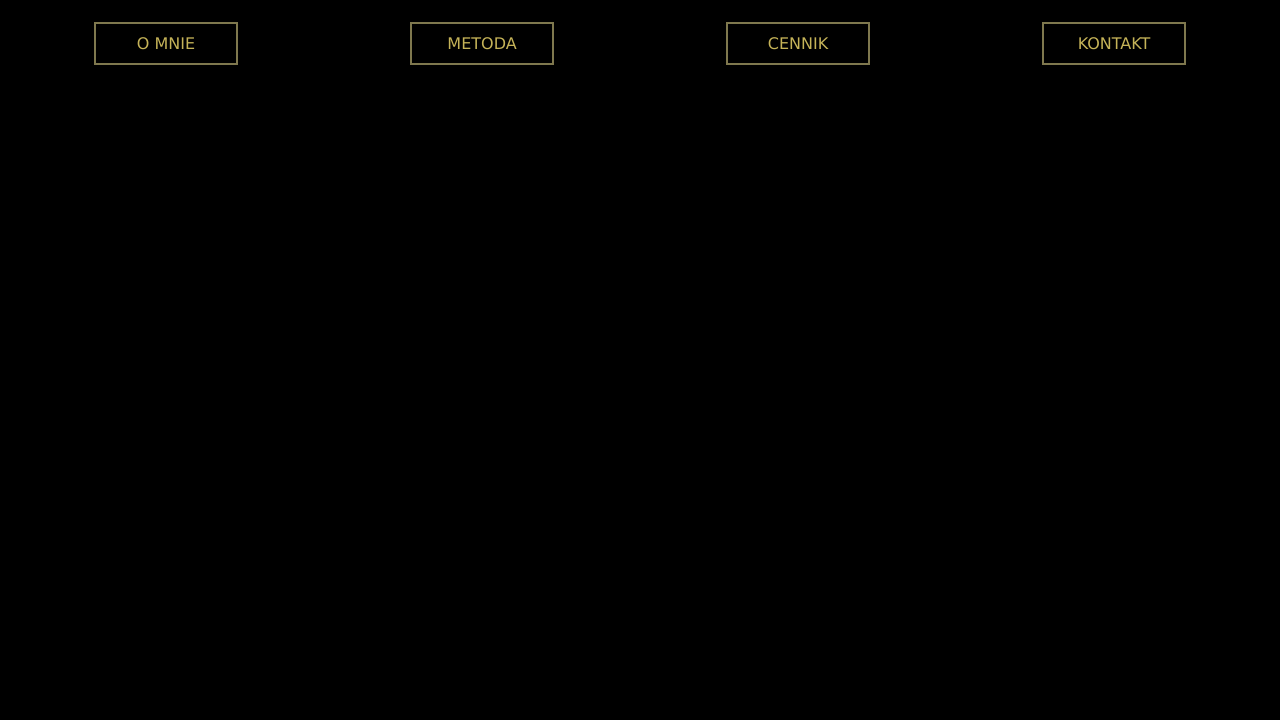
Repository: LechCieslak/Anna_Cieslak_v2.1
Page: index.html
An editor plug-in stored every save of this project. The page is shown before and after the next save, followed by the edit.
The browser window is 1280 px wide. The pictures show the whole page.

Above is the page before, as saved 2020-08-27 21:13:35.

After the next save:
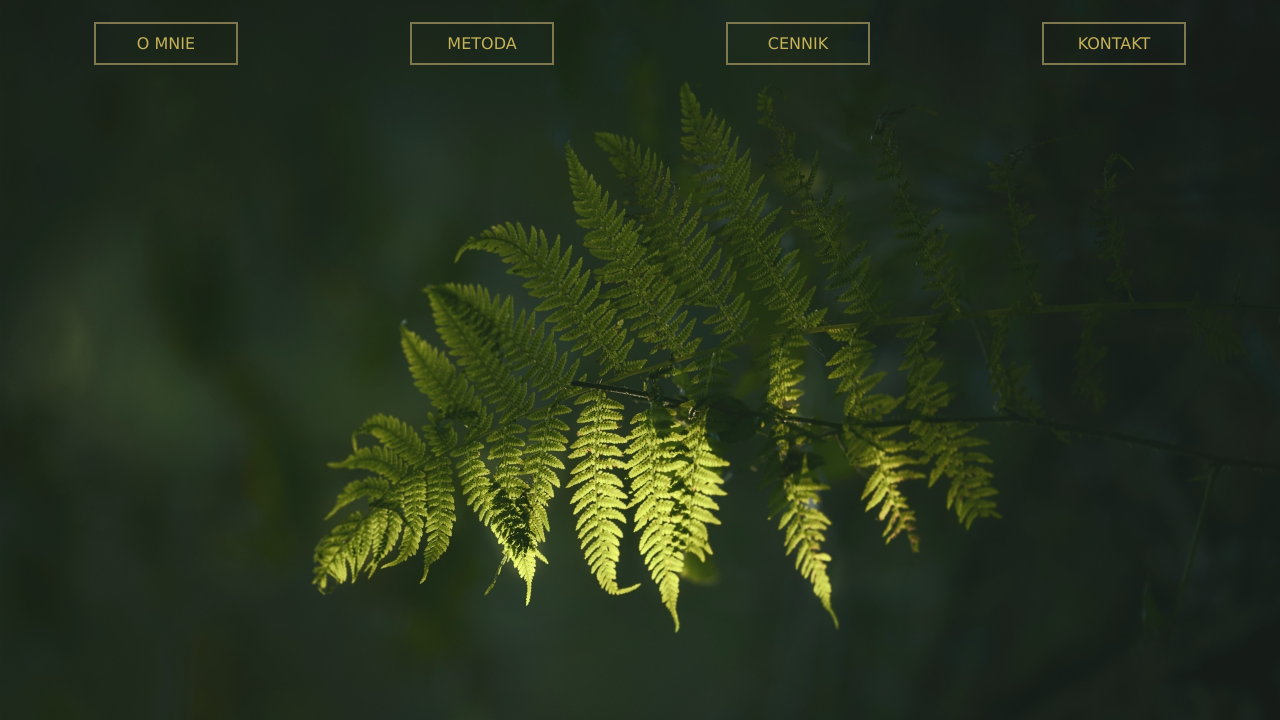
Saved 4 s later.
--- a/style.css
+++ b/style.css
@@ -52,7 +52,7 @@ ul {
     }
     100% {
         opacity: 1;
-        /* background-image: url("images/background-poz.jpg"); */
+        background-image: url("images/background-poz.jpg");
 
     }
 }

After the save that followed:
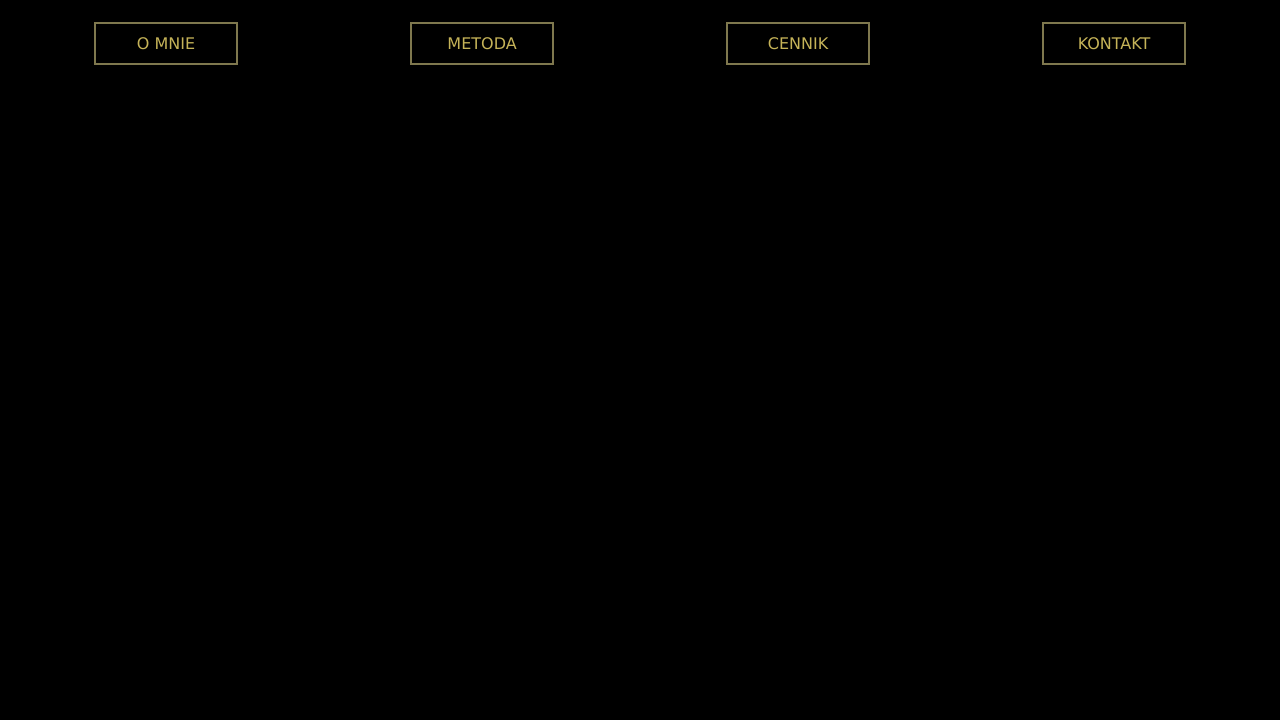
Saved 5 min 24 s later.
--- a/style.css
+++ b/style.css
@@ -10,7 +10,7 @@ body {
     /* background-position: center; */
     background-color: black;
     color: var(--text);
-    animation: backgroundEffect 3s forwards;
+    /* animation: backgroundEffect 3s forwards; */
 }
 
 main {
